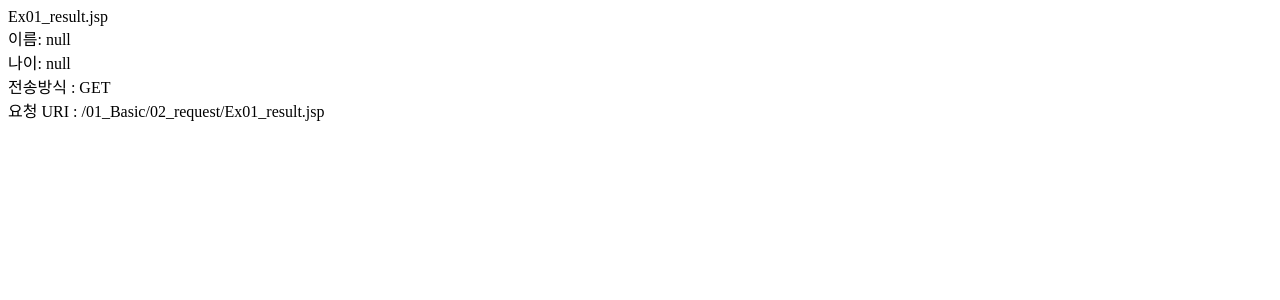
Repository: gom0109/JSP_DK
Page: http://localhost/01_Basic/02_request/Ex01_result.jsp
The author's editor kept a copy of each file at every save. The page is drawn from the files as they stood at one save, then again after the next save.
The browser window is 1280 px wide. The pictures show the whole page.
The page is served by Tomcat 9.

Above is the page before, as saved 2021-01-19 02:25:50.

After the next save:
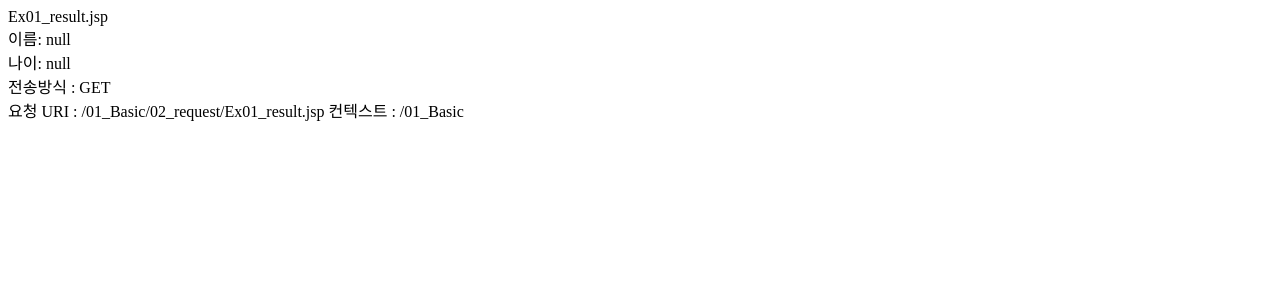
Saved 42 s later.
--- a/01_Basic/WebContent/02_request/Ex01_result.jsp
+++ b/01_Basic/WebContent/02_request/Ex01_result.jsp
@@ -17,6 +17,7 @@ Ex01_result.jsp <br>
 
 전송방식 : <%=request.getMethod() %><br>
 요청 URI : <%= request.getRequestURI() %>
+컨텍스트 : <%= request.getContextPath() %>
 <!-- Class Person{
 	private String name;
 	private String age;
